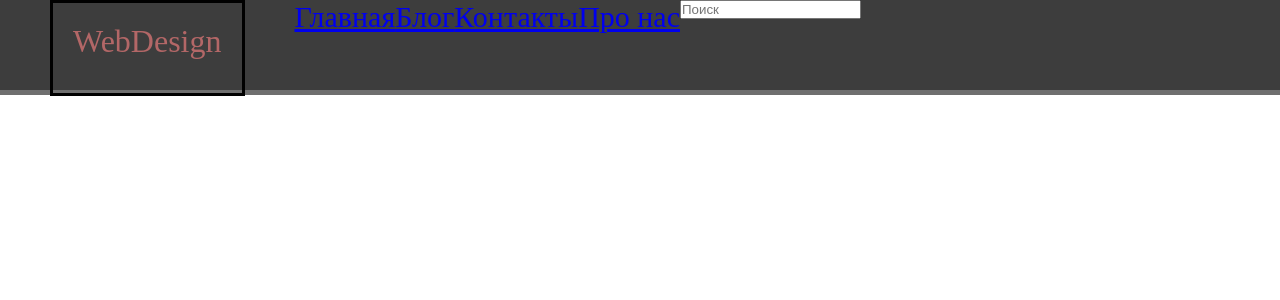
Repository: andbaik/Itprog
Page: index.htm
An editor plug-in stored every save of this project. The page is shown before and after the next save, followed by the edit.
The browser window is 1280 px wide. The pictures show the whole page.

Above is the page before, as saved 2021-01-19 16:00:08.

### index.htm
<!DOCTYPE html>
<html lang="en">
<head>
    <meta charset="UTF-8">
    <meta name="viewport" content="width=device-width, initial-scale=1.0">
    <link rel="stylesheet" href="css/style.css">
    <title>Моя страница</title>
</head>
<body>
    <div class="header">
        <div class="logo">
            <a href="#">WebDesign</a>
        </div>
        <div class="nav">
                <ul>
                    <li><a href="#">Главная</a></li>
                    <li><a href="#">Блог</a></li>
                    <li><a href="#">Контакты</a></li>
                    <li><a href="#">Про нас</a></li>
                </ul>
        </div>
        <div class="search">
            <form action="" method="POST" id="search" name="search">
                <input type="text" placeholder="Поиск">
            </form>
        </div>
    </div>
</body>
</html>

### css/style.css
* {
    margin: 0;
    padding: 0;
}

.header {
    display: flex;
    vertical-align: center;
    width: 100%;
    height: 90px;
    background-color: #3D3D3D;
    border-bottom: 5px solid #6F6F6F;

}
.logo {
    height: 50px;
    weight: 150px;
    margin: 0px 50px;
    padding: 20px;
    border: 3px solid black;
    vertical-align: center;
}
.logo a{
    color: #B36767;
    text-decoration: none;
    text-align: center;
    font-size: xx-large;
}

li{
    color: #fff;
    font-size: 30px;
    list-style-type: none;
    text-decoration: none;
}

.header ul {
    display: flex;
}

After the next save:
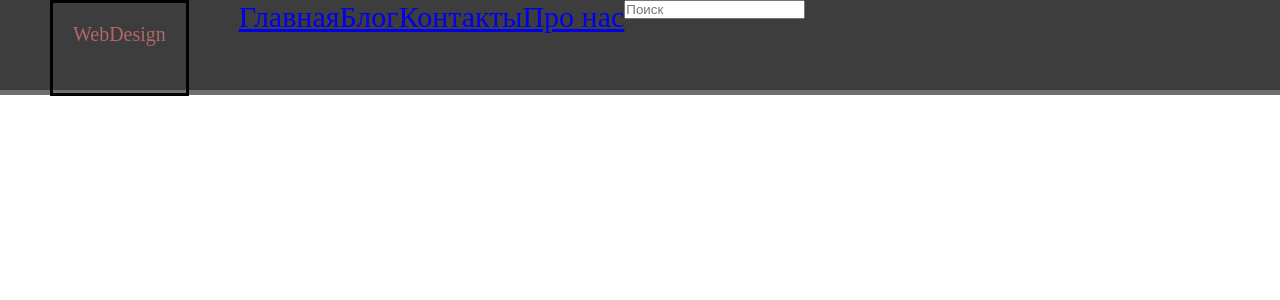
Saved 61 s later.
--- a/css/style.css
+++ b/css/style.css
@@ -24,7 +24,7 @@
     color: #B36767;
     text-decoration: none;
     text-align: center;
-    font-size: xx-large;
+    font-size: 20px;
 }
 
 li{
